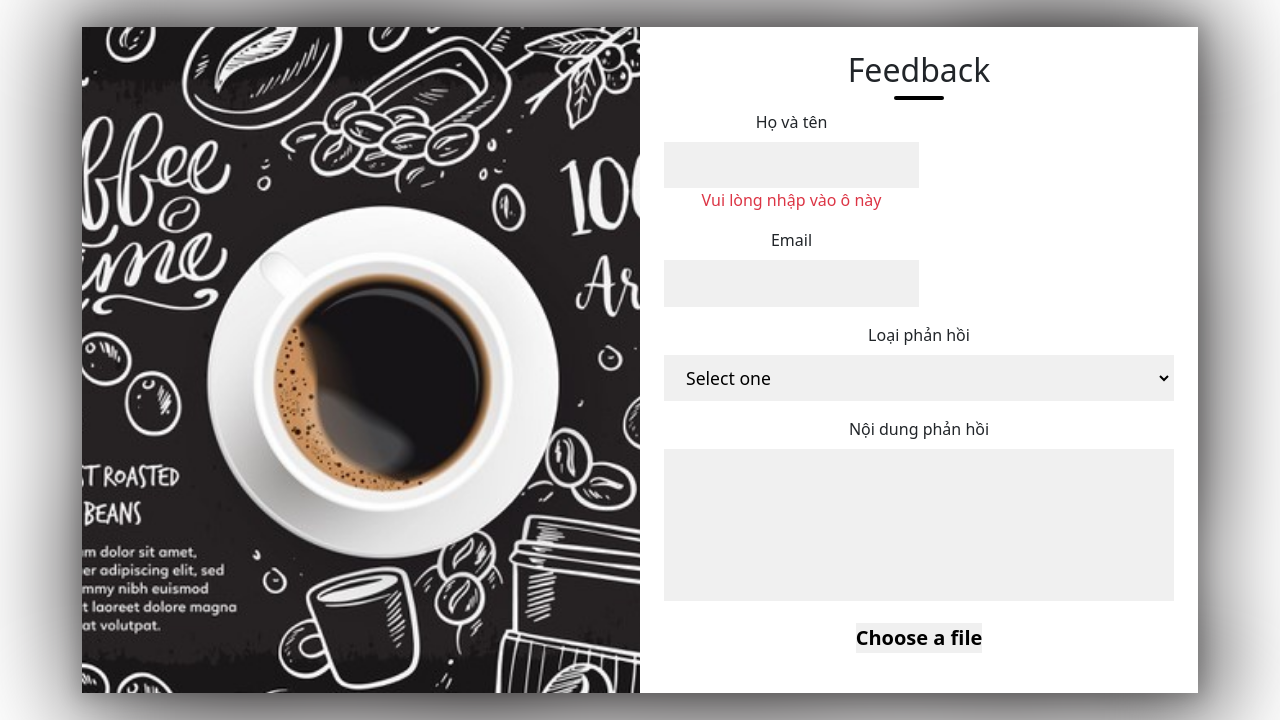
Repository: LeDongGyC/html-css
Page: HTML CSS/prototype/index.html
These files come from the project's save history. The page is drawn as it stood at one moment and after the next save; the edit follows.
The browser window is 1280 px wide. The pictures show the whole page.
The style sheet was rebuilt from its Sass, Less or Tailwind sources for each picture, by a compiler version that may differ from the author's.

Above is the page before, as saved 2023-05-24 10:43:26.

### HTML CSS/prototype/index.html
<!doctype html>
<html lang="en">

<head>
  <title>Title</title>
  <!-- Required meta tags -->
  <meta charset="utf-8">
  <meta name="viewport" content="width=device-width, initial-scale=1, shrink-to-fit=no">
  <link rel="stylesheet" href="style.css">
  <link rel="stylesheet" href="reset.css">
  <!-- <script src="index.js"></script> Bootstrap CSS v5.2.1 -->
  <script>
    var inputs = document.querySelectorAll('.inputfile');
    Array.prototype.forEach.call(inputs, function (input) {
      var label = input.nextElementSibling,
        labelVal = label.innerHTML;
      input.addEventListener('change', function (e) {
        var fileName = '';
        if (this.files && this.files.length > 1)
          fileName = (this.getAttribute('data-multiple-caption') || '').replace('{count}', this.files.length);
        else
          fileName = e.target.value.split('\\').pop();

        if (fileName)
          label.querySelector('span').innerHTML = fileName;
        else
          label.innerHTML = labelVal;
      });
    });
  </script>
  <link href="https://cdn.jsdelivr.net/npm/bootstrap@5.2.1/dist/css/bootstrap.min.css" rel="stylesheet"
    integrity="sha384-iYQeCzEYFbKjA/T2uDLTpkwGzCiq6soy8tYaI1GyVh/UjpbCx/TYkiZhlZB6+fzT" crossorigin="anonymous">

</head>

<body>
  <div class="container">
    <div class="feedback-box">
      <div class="feedback-box_left"></div>
      <div class="feedback-box_right">
        <h2 class="feedback-box_right-title">Feedback</h2>
        <div class="row">

        </div>
        <div class="mb-3 col-md-6">
          <label for="name" class="form-label">Họ và tên</label>
          <input type="text" class=" feedback-box_right-item" name="" id="name" aria-describedby="helpId"
            placeholder="">
            <span class="text-danger">Vui lòng nhập vào ô này</span>
        </div>
        <div class="mb-3 col-md-6">
          <label for="email" class="form-label">Email</label>
          <input type="text" class=" feedback-box_right-item" name="" id="email" aria-describedby="helpId"
            placeholder="">
        </div>
        <div class="mb-3">
          <label for="typeFeedback" class="form-label">Loại phản hồi</label>
          <select class="feedback-box_right-item " name="" id="typeFeedback">
            <option selected disabled>Select one</option>
            <option value="" class="feedback-box_right-item-selected">Option 1</option>
            <option value="" class="feedback-box_right-item-selected">Option 2</option>
            <option value="" class="feedback-box_right-item-selected">Option 3</option>
          </select>
        </div>
        <div class="mb-3">
          <label for="feedback" class="form-label">Nội dung phản hồi</label>
          <textarea type="" class=" feedback-box_right-item" name="" id="feedback" aria-describedby="helpId"
            placeholder="" rows="5"></textarea>
        </div>
        <div class="mb-3">
          <input type="file" name="file" id="file" class="inputfile" data-multiple-caption="{count} files selected"
            multiple />
          <label for="file">Choose a file</label>
        </div>
      </div>
    </div>
  </div>
  <!-- Bootstrap JavaScript Libraries -->
  <!-- <script src="https://cdn.jsdelivr.net/npm/@popperjs/core@2.11.6/dist/umd/popper.min.js"
    integrity="sha384-oBqDVmMz9ATKxIep9tiCxS/Z9fNfEXiDAYTujMAeBAsjFuCZSmKbSSUnQlmh/jp3" crossorigin="anonymous">
    </script>

  <script src="https://cdn.jsdelivr.net/npm/bootstrap@5.2.1/dist/js/bootstrap.min.js"
    integrity="sha384-7VPbUDkoPSGFnVtYi0QogXtr74QeVeeIs99Qfg5YCF+TidwNdjvaKZX19NZ/e6oz" crossorigin="anonymous">
    </script> -->
</body>

</html>

### HTML CSS/prototype/style.scss
* {
  box-sizing: border-box;
}
html {
  font-size: 62.5%;
}
body {
  font-size: 1.6rem;
  font-family: "Arial", sans-serif;
  font-weight: normal;
  height: 100vh;
  width: 100%;
}
.container {
  position: relative;
  width: 100%;
  height: 100%;
  display: flex;
  justify-content: center;
  align-items: center;
  padding: 2rem 10rem;
  &::after {
    position: sticky;
    content: "";
    position: absolute;
    width: 100%;
    height: 100%;
    left: 0;
    top: 0;
    background: url("cafe.jpg") no-repeat center;
    background-size: cover;
    filter: blur(50px);
    z-index: -1;
  }
}
.feedback-box {
  max-width: 85rem;
  // min-width: 70vw;
  display: grid;
  grid-template-columns: repeat(2, 1fr);
  justify-content: center;
  align-items: center;
  text-align: center;
  background-color: #fff;
  box-shadow: 0px 0px 19px 5px rgba(0, 0, 0, 0.19);
  &_left {
    background: url("cafe.jpg") no-repeat center;
    display: block;
    background-size: cover;
    // object-fit: cover;
    height: 100%;
  }
  &_right {
    padding: 1.5rem;
    &-title {
      position: relative;
      padding: 0 0 10px;
      margin-bottom: 10px;
      &::after {
        content: "";
        position: absolute;
        left: 50%;
        bottom: 0;
        transform: translateX(-50%);
        height: 4px;
        width: 50px;
        border-radius: 2px;
        background-color: black;
      }
    }
    &-item {
      width: 100%;
      border: 2px solid rgba(0, 0, 0, 0);
      outline: none;
      background-color: rgba(230, 230, 230, 0.6);
      padding: 0.5rem 1rem;
      font-size: 1.1rem;
      //   margin-bottom: 22px;
      transition: 0.3s;
      &:hover {
        background-color: rgba(0, 0, 0, 0.1);
      }
      &:focus {
        border: 2px solid rgba(30, 85, 250, 0.47);
        background-color: #fff;
      }
      &:last-child {
        resize: none;
      }
    }
  }
}
.inputfile {
  width: 0.1px;
  height: 0.1px;
  opacity: 0;
  overflow: hidden;
  position: absolute;
  z-index: -1;
}
.inputfile + label {
  font-size: 1.25em;
  font-weight: 700;
  color: black;
  background-color: rgba(230, 230, 230, 0.6);
  display: inline-block;
  cursor: pointer;
}

.inputfile:focus + label,
.inputfile + label:hover {
  color: rgba(30, 85, 250, 0.47);
  background-color: rgba(0, 0, 0, 0.1);
}

Loaded but not shown: HTML CSS/prototype/reset.css (common file)

After the next save:
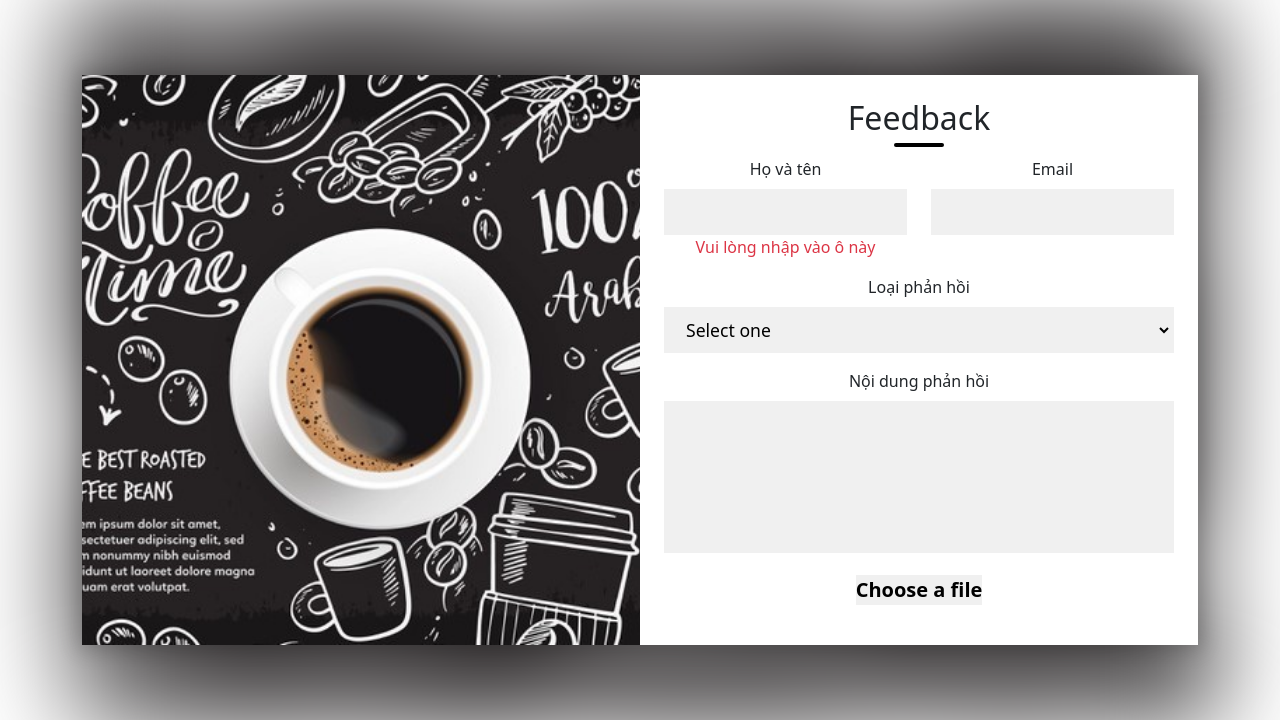
Saved 6 s later.
--- a/HTML CSS/prototype/index.html
+++ b/HTML CSS/prototype/index.html
@@ -40,19 +40,19 @@
       <div class="feedback-box_right">
         <h2 class="feedback-box_right-title">Feedback</h2>
         <div class="row">
+          <div class="mb-3 col-md-6">
+            <label for="name" class="form-label">Họ và tên</label>
+            <input type="text" class=" feedback-box_right-item" name="" id="name" aria-describedby="helpId"
+              placeholder="">
+              <span class="text-danger">Vui lòng nhập vào ô này</span>
+          </div>
+          <div class="mb-3 col-md-6">
+            <label for="email" class="form-label">Email</label>
+            <input type="text" class=" feedback-box_right-item" name="" id="email" aria-describedby="helpId"
+              placeholder="">
+          </div>
+        </div>
 
-        </div>
-        <div class="mb-3 col-md-6">
-          <label for="name" class="form-label">Họ và tên</label>
-          <input type="text" class=" feedback-box_right-item" name="" id="name" aria-describedby="helpId"
-            placeholder="">
-            <span class="text-danger">Vui lòng nhập vào ô này</span>
-        </div>
-        <div class="mb-3 col-md-6">
-          <label for="email" class="form-label">Email</label>
-          <input type="text" class=" feedback-box_right-item" name="" id="email" aria-describedby="helpId"
-            placeholder="">
-        </div>
         <div class="mb-3">
           <label for="typeFeedback" class="form-label">Loại phản hồi</label>
           <select class="feedback-box_right-item " name="" id="typeFeedback">
